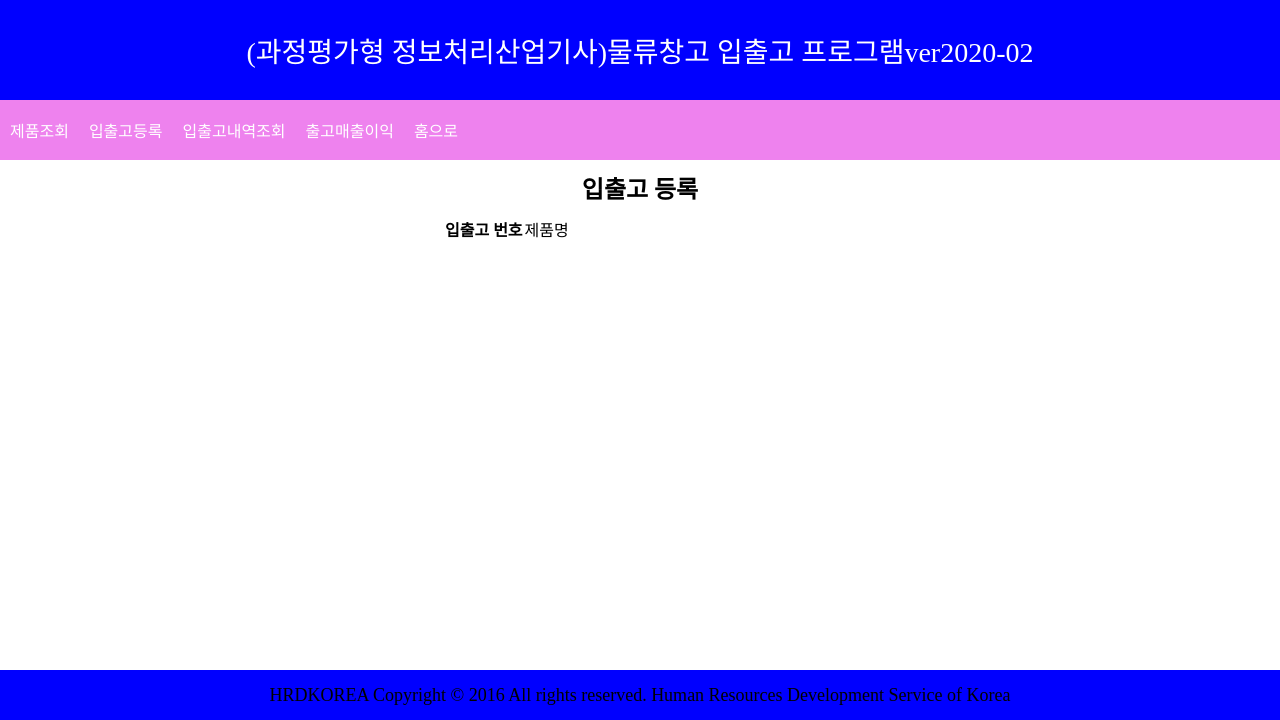
Repository: anakyn01/2_two
Page: http://localhost/cbq_1/two.jsp
The author's editor kept a copy of each file at every save. The page is drawn from the files as they stood at one save, then again after the next save.
The browser window is 1280 px wide. The pictures show the whole page.
The page is served by Tomcat 9.

Above is the page before, as saved 2024-12-11 06:13:03.

After the next save:
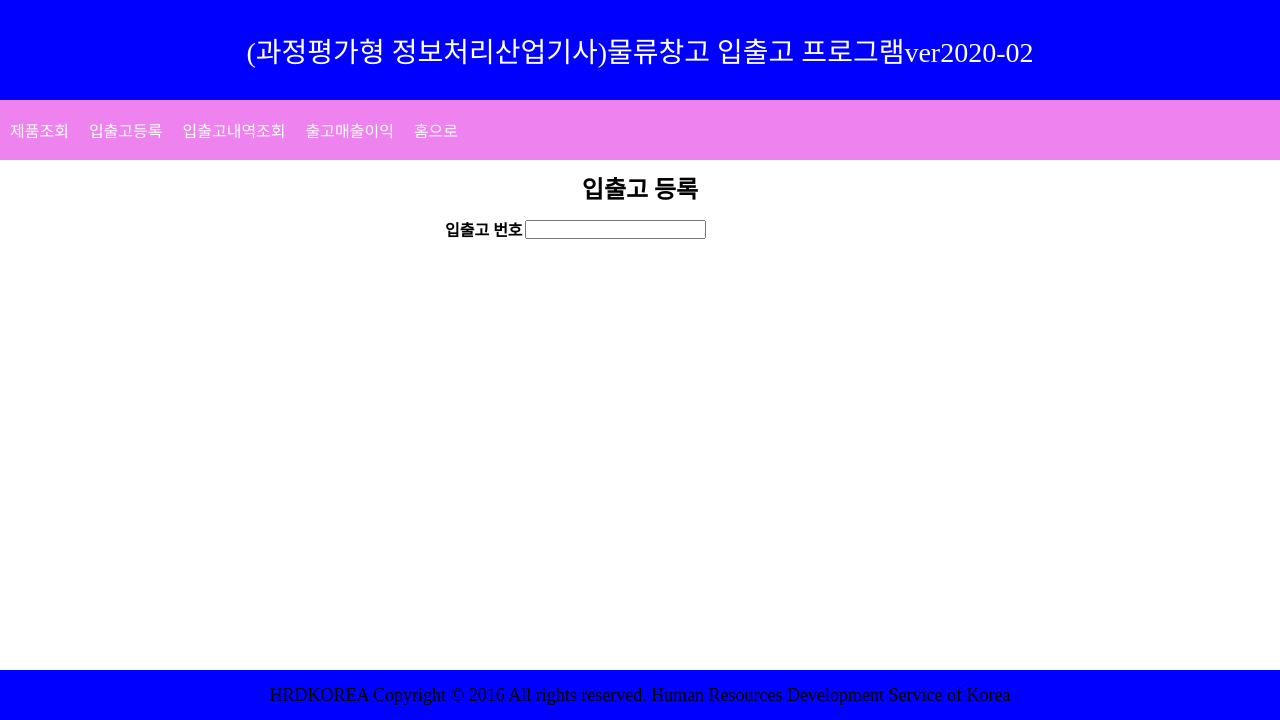
Saved 19 s later.
--- a/exam/cbq_1/src/main/webapp/two.jsp
+++ b/exam/cbq_1/src/main/webapp/two.jsp
@@ -11,7 +11,7 @@
 </colgroup>
 <thead>
 <tr>
-<th>입출고 번호</th><td>제품명</td>
+<th>입출고 번호</th><td><input type="text" name=""/></td>
 </tr>
 </thead>
 
